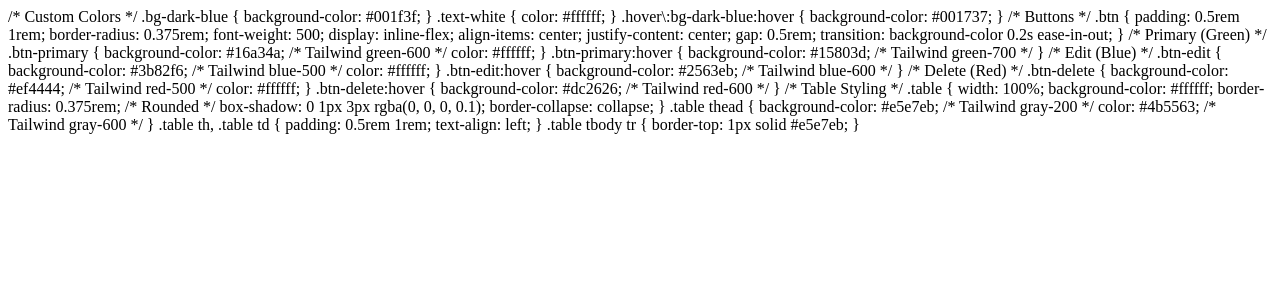
Repository: BinuriJ/HospitalSystem
Page: http://localhost/CyborgSys/CSS/DoctoerDashboardCss.jsp
The author's editor kept a copy of each file at every save. The page is drawn from the files as they stood at one save, then again after the next save.
The browser window is 1280 px wide. The pictures show the whole page.
The page is served by Tomcat 9.

Above is the page before, as saved 2025-05-09 16:15:37.

After the next save:
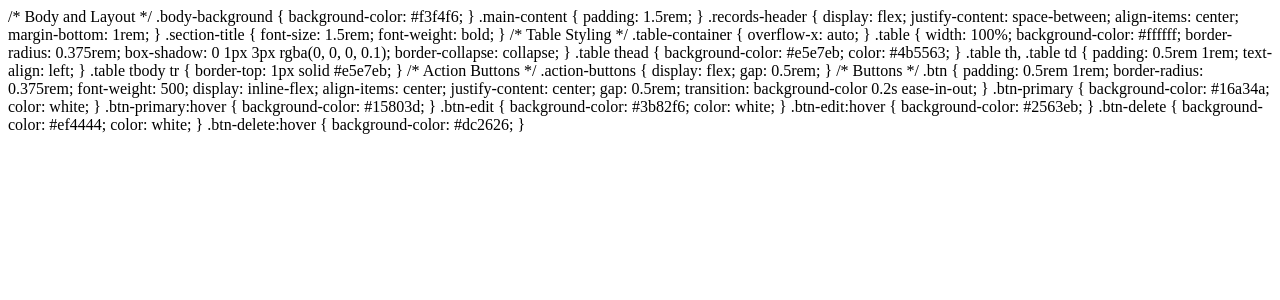
Saved 12 s later.
--- a/CyborgSys/WebContent/CSS/DoctoerDashboardCss.jsp
+++ b/CyborgSys/WebContent/CSS/DoctoerDashboardCss.jsp
@@ -1,12 +1,49 @@
-/* Custom Colors */
-.bg-dark-blue {
-  background-color: #001f3f;
+/* Body and Layout */
+.body-background {
+  background-color: #f3f4f6;
 }
-.text-white {
-  color: #ffffff;
+.main-content {
+  padding: 1.5rem;
 }
-.hover\:bg-dark-blue:hover {
-  background-color: #001737;
+.records-header {
+  display: flex;
+  justify-content: space-between;
+  align-items: center;
+  margin-bottom: 1rem;
+}
+.section-title {
+  font-size: 1.5rem;
+  font-weight: bold;
+}
+
+/* Table Styling */
+.table-container {
+  overflow-x: auto;
+}
+.table {
+  width: 100%;
+  background-color: #ffffff;
+  border-radius: 0.375rem;
+  box-shadow: 0 1px 3px rgba(0, 0, 0, 0.1);
+  border-collapse: collapse;
+}
+.table thead {
+  background-color: #e5e7eb;
+  color: #4b5563;
+}
+.table th,
+.table td {
+  padding: 0.5rem 1rem;
+  text-align: left;
+}
+.table tbody tr {
+  border-top: 1px solid #e5e7eb;
+}
+
+/* Action Buttons */
+.action-buttons {
+  display: flex;
+  gap: 0.5rem;
 }
 
 /* Buttons */
@@ -20,53 +57,24 @@
   gap: 0.5rem;
   transition: background-color 0.2s ease-in-out;
 }
-
-/* Primary (Green) */
 .btn-primary {
-  background-color: #16a34a; /* Tailwind green-600 */
-  color: #ffffff;
+  background-color: #16a34a;
+  color: white;
 }
 .btn-primary:hover {
-  background-color: #15803d; /* Tailwind green-700 */
+  background-color: #15803d;
 }
-
-/* Edit (Blue) */
 .btn-edit {
-  background-color: #3b82f6; /* Tailwind blue-500 */
-  color: #ffffff;
+  background-color: #3b82f6;
+  color: white;
 }
 .btn-edit:hover {
-  background-color: #2563eb; /* Tailwind blue-600 */
+  background-color: #2563eb;
 }
-
-/* Delete (Red) */
 .btn-delete {
-  background-color: #ef4444; /* Tailwind red-500 */
-  color: #ffffff;
+  background-color: #ef4444;
+  color: white;
 }
 .btn-delete:hover {
-  background-color: #dc2626; /* Tailwind red-600 */
+  background-color: #dc2626;
 }
-
-/* Table Styling */
-.table {
-  width: 100%;
-  background-color: #ffffff;
-  border-radius: 0.375rem; /* Rounded */
-  box-shadow: 0 1px 3px rgba(0, 0, 0, 0.1);
-  border-collapse: collapse;
-}
-
-.table thead {
-  background-color: #e5e7eb; /* Tailwind gray-200 */
-  color: #4b5563;            /* Tailwind gray-600 */
-}
-
-.table th, .table td {
-  padding: 0.5rem 1rem;
-  text-align: left;
-}
-
-.table tbody tr {
-  border-top: 1px solid #e5e7eb;
-}
